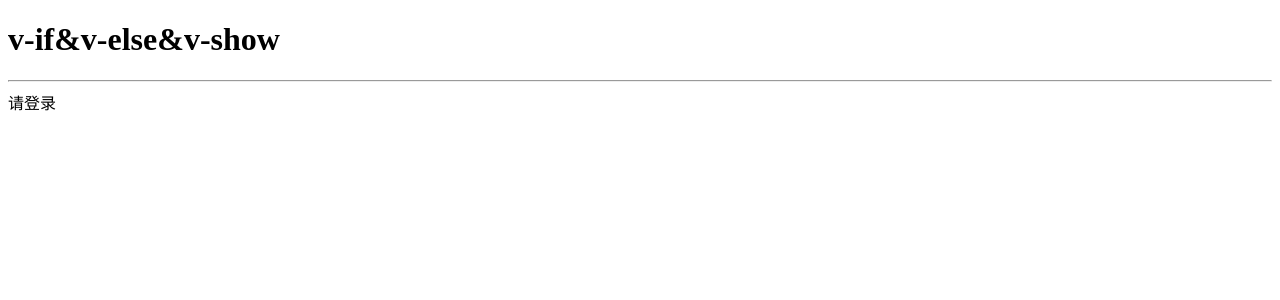
Repository: 13982720426/vue2.0-LearningNotes
Page: example/v-if.html
These files come from the project's save history. The page is drawn as it stood at one moment and after the next save; the edit follows.
The browser window is 1280 px wide. The pictures show the whole page.

Above is the page before, as saved 2021-06-16 21:04:58.

### example/v-if.html
<!DOCTYPE html>
<html lang="en">
  <head>
    <meta charset="UTF-8" />
    <meta http-equiv="X-UA-Compatible" content="IE=edge" />
    <meta name="viewport" content="width=device-width, initial-scale=1.0" />
    <title>v-if&v-else&v-show</title>
    <script type="text/javascript" src="../assets/js/vue.js"></script>
  </head>
  <body>
    <h1>v-if&v-else&v-show</h1>
    <hr />
    <div id="app">
      <div v-if="isLogin">你好</div>
      <div v-else>请登录</div>
    </div>
    <script type="text/javascript">
      var app = new Vue({
        el: '#app',
        data: {
          isLogin: false,
        },
      });
    </script>
  </body>
</html>

Loaded but not shown: assets/js/vue.js (library)

After the next save:
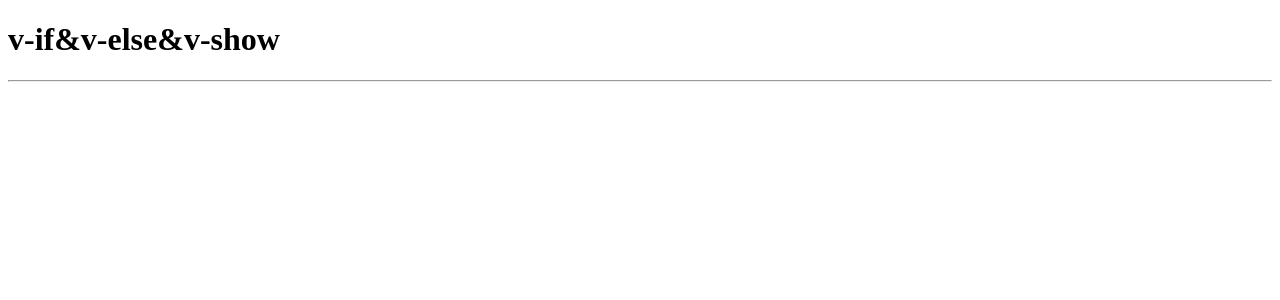
Saved 64 s later.
--- a/example/v-if.html
+++ b/example/v-if.html
@@ -11,14 +11,15 @@
     <h1>v-if&v-else&v-show</h1>
     <hr />
     <div id="app">
-      <div v-if="isLogin">你好</div>
-      <div v-else>请登录</div>
+      <!-- <div v-if="isLogin">你好</div>
+      <div v-else>请登录</div> -->
+      <!-- <!-- <div v-if="isLogin">你好</div> -->
     </div>
     <script type="text/javascript">
       var app = new Vue({
         el: '#app',
         data: {
-          isLogin: false,
+          isLogin: true,
         },
       });
     </script>
